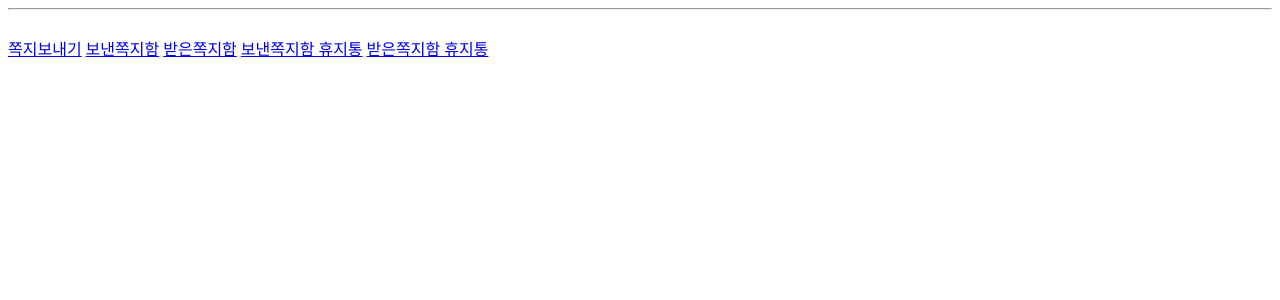
Repository: lss7612/kh_semi_workspace
Page: http://localhost/KH_semiProject/views/noteViews/buttons.jsp
The author's editor kept a copy of each file at every save. The page is drawn from the files as they stood at one save, then again after the next save.
The browser window is 1280 px wide. The pictures show the whole page.
The page is served by Tomcat 9. Nobody is signed in. The application's start-up code is not run. Other server files are loaded and not shown.

Above is the page before, as saved 2020-11-04 08:29:10.

### KH_semiProject/WebContent/views/noteViews/buttons.jsp
<%@ page language="java" contentType="text/html; charset=UTF-8"
    pageEncoding="UTF-8"%>

<hr>
<div class="buttons">
<br>
<span class=""><a href="/note/send">쪽지보내기</a></span>
<span><a href="/note/sent">보낸쪽지함</a></span>
<span><a href="/note/received">받은쪽지함</a></span>
<span><a href="/note/sendnotebin">보낸쪽지함 휴지통</a></span>
<span><a href="/note/receivednotebin">받은쪽지함 휴지통</a></span>

<br>





</div>

After the next save:
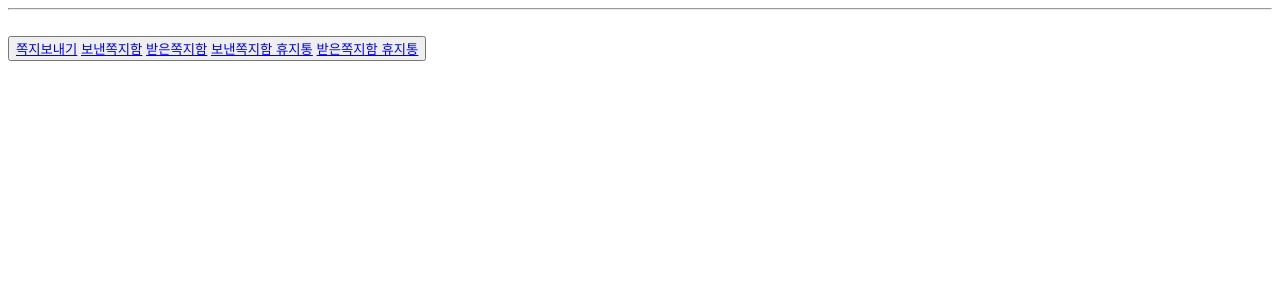
Saved 12 s later.
--- a/KH_semiProject/WebContent/views/noteViews/buttons.jsp
+++ b/KH_semiProject/WebContent/views/noteViews/buttons.jsp
@@ -2,9 +2,9 @@
     pageEncoding="UTF-8"%>
 
 <hr>
-<div class="buttons">
+<div class="">
 <br>
-<span class=""><a href="/note/send">쪽지보내기</a></span>
+<button class="btn-primary "><a href="/note/send">쪽지보내기</a></span>
 <span><a href="/note/sent">보낸쪽지함</a></span>
 <span><a href="/note/received">받은쪽지함</a></span>
 <span><a href="/note/sendnotebin">보낸쪽지함 휴지통</a></span>
